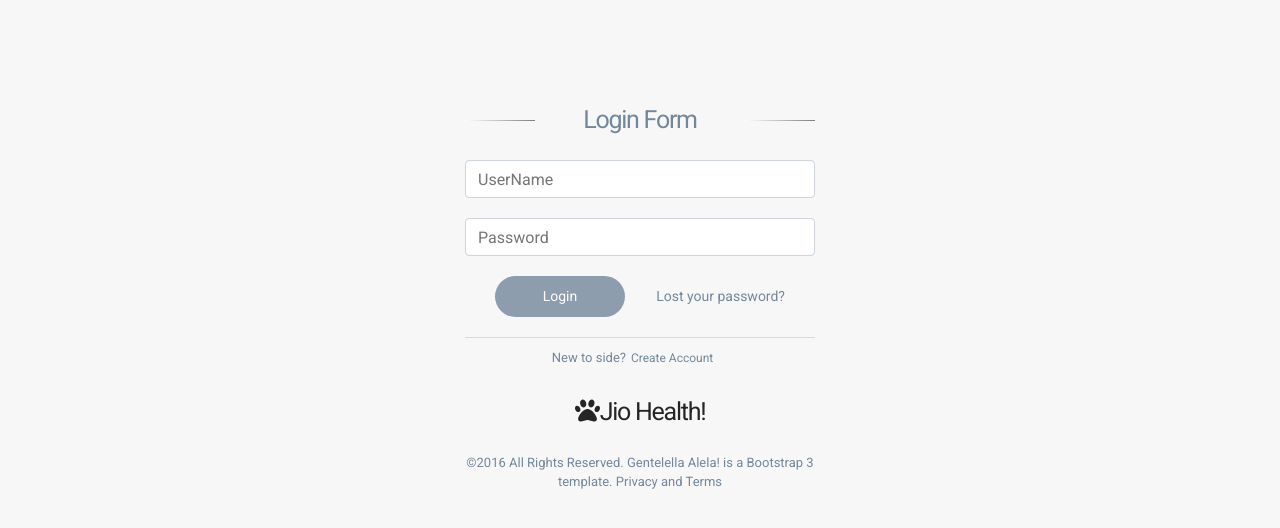
Repository: kuluong2000/doctorcare-admin
Page: /quan-tri/login
These files come from the project's save history. The page is drawn as it stood at one moment and after the next save; the edit follows.
The browser window is 1280 px wide. The pictures show the whole page.
The project was rebuilt for these pictures with package versions that can differ from the ones it lists, and the page was loaded fresh each time. Also part of the build but not shown: src/components/Layout/defaultLayout/defaultLayout.module.scss, src/components/Layout/SideBar/sidebar.module.scss, src/components/Layout/SideBar/SidebarItem.jsx, src/components/Layout/SideBar/SideMenu.jsx, src/components/Layout/SideBar/SideBar.jsx, src/redux/action.js, src/components/Layout/Popper/popper.module.scss, src/components/Layout/Popper/Wrapper.js and 11 more.

Above is the page before, as saved 2022-10-12 07:59:00.

### src/index.js
import React from "react";
import ReactDOM from "react-dom/client";
import { BrowserRouter } from "react-router-dom";
import App from "./App";

//redux
import thunk from "redux-thunk";
import { createStore, applyMiddleware, compose } from "redux";
import { Provider } from "react-redux";
import reducers from "./redux/store";

const composeEnhancers = window.__REDUX_DEVTOOLS_EXTENSION_COMPOSE__ || compose;
const store = createStore(reducers, composeEnhancers(applyMiddleware(thunk)));
const root = ReactDOM.createRoot(document.getElementById("root"));
root.render(
  <Provider store={store}>
    <React.StrictMode>
      <BrowserRouter>
        <App />
      </BrowserRouter>
    </React.StrictMode>
  </Provider>
);

### src/App.js
import React, { useEffect, useState } from "react";
import { Route, Routes } from "react-router-dom";
import DefaultLayout from "./components/Layout/defaultLayout/DefaultLayout";
import OnlyContent from "./components/Layout/OnlyContent/OnlyContent";
import routerPublic from "./router/routes";
import Loading from "./components/Loading/Loading";
import Home from "./components/Page/Home/Home";
// import lib bootstrap css
import "bootstrap/dist/css/bootstrap.min.css";
//import css

import "./assets/css/globalStyle.scss";
function App() {
  const [show, setShow] = useState(false);
  useEffect(() => {
    setTimeout(() => {
      setShow(true);
    }, 1000);
    return () => {
      setShow(false);
    };
  }, []);

  return (
    <div className="App">
      <React.Suspense fallback={show && <Loading classes={"dashed-loading"} />}>
        <Routes>
          {routerPublic.map((route, idx) => {
            let Page;
            let Layout = DefaultLayout;
            if (route.layout === "defaultLayout") {
              Page = Home;
            }
            if (route.layout === null) {
              Page = route.component;
            }
            if (route.layout === "onlyContent") {
              Layout = OnlyContent;
              Page = route.component;
            }
            return (
              <Route
                key={idx}
                path={route.path}
                element={
                  <Layout>
                    <Page></Page>
                  </Layout>
                }
              ></Route>
            );
          })}
        </Routes>
      </React.Suspense>
    </div>
  );
}

export default App;

### src/redux/store.js
import { combineReducers } from "redux";
import { sidebarToggle } from "./reducer/toggleSidebar";
import { modal } from "./reducer/modal";
export default combineReducers({
  sidebarToggle: sidebarToggle,
  modal: modal,
});

### src/components/Layout/OnlyContent/OnlyContent.jsx
import React from "react";
import classNames from "classnames/bind";

//import css

import styles from "./onlyContent.module.scss";

const cx = classNames.bind(styles);
export default function OnlyContent({ children }) {
  return <div className={cx("container")}>{children}</div>;
}

### src/router/routes.jsx
import React from "react";
const DefaultLayout = React.lazy(() => import("../components/Layout/defaultLayout/DefaultLayout"));
const Login = React.lazy(() => import("../components/Layout/Authen/Login"));
const Register = React.lazy(() => import("../components/Layout/Authen/Register"));
const Home = React.lazy(() => import("../components/Page/Home/Home"));
const Doctor = React.lazy(() => import("../components/Page/Doctor/Doctor"));

const ErrorPage = React.lazy(() => {
  return new Promise((resolve) => {
    setTimeout(() => resolve(import("../components/Page/ErrorPage/ErrorPage")), 300);
  });
});
const routerPublic = [
  {
    path: "/quan-tri",

    component: DefaultLayout,
    layout: "defaultLayout",
  },
  {
    path: "/home",
    component: Home,
    layout: null,
  },
  {
    path: "/quan-tri/quan-ly-bac-si",
    component: Doctor,
    layout: null,
  },

  {
    path: "/quan-tri/login",
    component: Login,
    layout: "onlyContent",
  },
  {
    path: "/quan-tri/register",
    component: Register,
    layout: "onlyContent",
  },
  {
    path: "*",
    component: ErrorPage,
    layout: null,
  },
];

export default routerPublic;

### src/assets/css/globalStyle.scss
@import url("https://fonts.googleapis.com/css2?family=Poppins:ital,wght@0,300;0,400;0,500;0,600;0,700;1,300;1,400;1,500;1,600;1,700&family=Roboto:wght@300;400;500;700&display=swap");
* {
  margin: 0;
  padding: 0;
  box-sizing: border-box;
}
:root {
  //color
  --text-color: #4a4a4a;
  --color-green: #1dcbb6;
  --color-blue: #2320d4;
  --color-white: #fff;
  --color-dark-blue: #111c63;
  --color-gray: #999;

  //font
  --primary-font: Poppins, sans-serif;
  --font-awesome: FontAwesome;
}
body {
  font-size: 14px;
  font-family: "Roboto", sans-serif;
  font-weight: 400;
  color: #212529;
}
p,
h2 {
  padding: 0;
  margin: 0;
}
button,
input {
  outline: none;
  border: none;
}
dl,
ol,
ul {
  margin: 0;
  padding: 0;
}
a {
  text-decoration: none;
  color: inherit;
}

### src/redux/reducer/toggleSidebar.js
import * as actionType from "../actionType";

const initialState = {
  classes: "",
  loading: false,
};

export function sidebarToggle(state = initialState, action) {
  switch (action.type) {
    case actionType.SHOW_SIDEBAR:
      return {
        ...state,
        classes: action.payload,
      };
    case actionType.HIDE_SIDEBAR:
      return {
        ...state,
        classes: action.payload,
      };
    default:
      return state;
  }
}

### src/redux/reducer/modal.js
import * as actionType from "../actionType";
const initialState = {
  modal: { show: false },
  comp: [],
};

export function modal(state = initialState, action) {
  switch (action.type) {
    case actionType.OPEN_MODAL:
      return {
        ...state,
        modal: { show: true },
        comp: action.payload,
      };
    case actionType.CLOSE_MODAL:
      return {
        ...state,
        modal: { show: false },
      };
    default:
      return state;
  }
}

### src/components/Layout/OnlyContent/onlyContent.module.scss
.container {
    width: 100%;
    height: 100%;
}

### src/components/Layout/Authen/Login.jsx
import React from "react";
import classNames from "classnames/bind";
import { FontAwesomeIcon } from "@fortawesome/react-fontawesome";
import { faPaw } from "@fortawesome/free-solid-svg-icons";
import { Link } from "react-router-dom";
//import css
import styles from "./authen.module.scss";
const cx = classNames.bind(styles);
export default function Login() {
  return (
    <div className={cx("wrapper")}>
      <form className={cx("form")}>
        <h1 className={cx("form-title")}>Login Form</h1>
        <div>
          <input type="text" placeholder="UserName" className={cx("form-control")} />
        </div>

        <div>
          <input type="password" placeholder="Password" className={cx("form-control")} required />
        </div>
        <div className={cx("form-action")}>
          <Link to="/" className={cx("form-btn", "form-btn__signin")}>
            Login
          </Link>
          <p>Lost your password?</p>
        </div>
        <div className={cx("form-separator")}>
          <div className={cx("form-change-link")}>
            New to side?
            <Link to={"/register"}>Create Account</Link>
          </div>
        </div>
        <div className={cx("form-info")}>
          <h1 className={cx("form-branch")}>
            <FontAwesomeIcon icon={faPaw}></FontAwesomeIcon>
            Jio Health!
          </h1>
          <p className={cx("form-desc")}>©2016 All Rights Reserved. Gentelella Alela! is a Bootstrap 3 template. Privacy and Terms</p>
        </div>
      </form>
    </div>
  );
}

### src/components/Loading/loading.module.scss
:root {
    --blue: #8be9fd;
    --purple: #bd93f9;
}
.wrapper {
    width: 100%;
    height: 100vh;
    display: flex !important;
    align-items: center;
    justify-content: center;
    // background-color: rgb(40, 20, 20, 0.8);
    background-color: transparent;
}
// #######################################################
// dashed-loading
// #########################################
.dashed-loading {
    position: relative;
    height: 50px;
}
.dashed-loading:after,
.dashed-loading:before {
    content: "";
    position: absolute;
    top: 0;
    left: 0;
    border-radius: 50%;
    width: 50px;
    height: 50px;
}
.dashed-loading:before {
    z-index: 5;
    border: 3px dashed var(--blue);
    border-left: 3px solid transparent;
    border-bottom: 3px solid transparent;
    -webkit-animation: dashed 1s linear infinite;
    animation: dashed 1s linear infinite;
}
.dashed-loading:after {
    z-index: 10;
    border: 3px solid var(--blue);
    border-left: 3px solid transparent;
    border-bottom: 3px solid transparent;
    -webkit-animation: dashed 1s ease infinite;
    animation: dashed 1s ease infinite;
}
@keyframes dashed {
    to {
        transform: rotate(360deg);
    }
}

// #######################################################
// circle-loading
// #########################################
.circle-loading2 {
    display: inline-flex;
    animation: loading2 1s infinite;
    div {
        width: 30px;
        height: 30px;
        border: 2px solid var(--purple);
        border-radius: 50%;
        margin: 0 5px;
    }
}
@keyframes loading2 {
    50% {
        transform: rotate(200deg);
    }
    75% {
        transform: rotate(160deg);
    }
    100% {
        transform: rotate(180deg);
    }
}

### src/redux/actionType.js
export const SHOW_SIDEBAR = "SHOW_SIDEBAR";
export const HIDE_SIDEBAR = "HIDE_SIDEBAR";
export const OPEN_MODAL = "OPEN_MODAL";
export const CLOSE_MODAL = "CLOSE_MODAL";

### src/components/Layout/Authen/authen.module.scss
.wrapper {
    width: 100%;
    height: 100vh;
    display: block;
    background: #f7f7f7;
    text-align: center;
    color: #73879c;
}

.form {
    width: 350px;
    height: max-content;
    display: block;
    margin: 0 auto;
    padding-top: 100px;
    &-title {
        letter-spacing: -0.05em;
        line-height: 20px;
        margin: 10px 0 30px;
        position: relative;
        font-size: 25px;
        color: #73879c;
        font-weight: 400;
        &::before,
        &::after {
            content: "";
            height: 1px;
            position: absolute;
            top: 10px;
            width: 20%;
            background: linear-gradient(to left, #7e7e7e 0%, #fff 100%);
        }
        &::before {
            left: 0;
        }
        &::after {
            right: 0;
        }
    }
    &-control {
        display: block;
        width: 100%;
        height: calc(1.5em + 0.75rem + 2px);
        padding: 0.375rem 0.75rem;
        font-size: 1rem;
        font-weight: 400;
        line-height: 1.5;
        color: #495057;
        background-color: #fff;
        background-clip: padding-box;
        border: 1px solid #ced4da;
        border-radius: 0.25rem;
        transition: border-color 0.15s ease-in-out, box-shadow 0.15s ease-in-out;
        margin-bottom: 20px;
        &:focus {
            background-color: #fff;
            border: 1px solid #a878af;
            outline: none;
        }
    }
    &-action {
        display: flex;
        align-items: center;
        justify-content: space-between;
        padding: 0 30px 0;

        margin-top: 15px;

        span {
            color: #5a738e;
            cursor: pointer;

            &:hover {
                text-decoration: underline;
            }
        }
    }
    &-btn {
        background-color: rgb(115, 135, 156, 0.8);
        outline: none;
        border: none;
        width: 130px;
        padding: 10px 30px;
        color: white;
        border-radius: 9999px;
        cursor: pointer;
        &__signin {
            &:hover {
                color: white;
            }
        }
        &__signup {
            width: 100%;
            &:hover {
                color: white;
            }
        }
    }
    &-separator {
        border-top: 1px solid #d8d8d8;
        margin-top: 20px;
        padding-top: 10px;
    }
    &-change-link {
        font-size: 13px;
        a {
            font-size: 12px;
            margin: 10px 15px 0 5px;
        }
    }
    &-info {
        margin-top: 30px;
    }
    &-branch {
        font-size: 25px;
        letter-spacing: -0.05em;
        line-height: 20px;
        margin: 10px 0 30px;
        font-weight: 400;
    }
    &-desc {
        font-size: 13px;
    }
}

Loaded but not shown: public/index.html (common file)

After the next save:
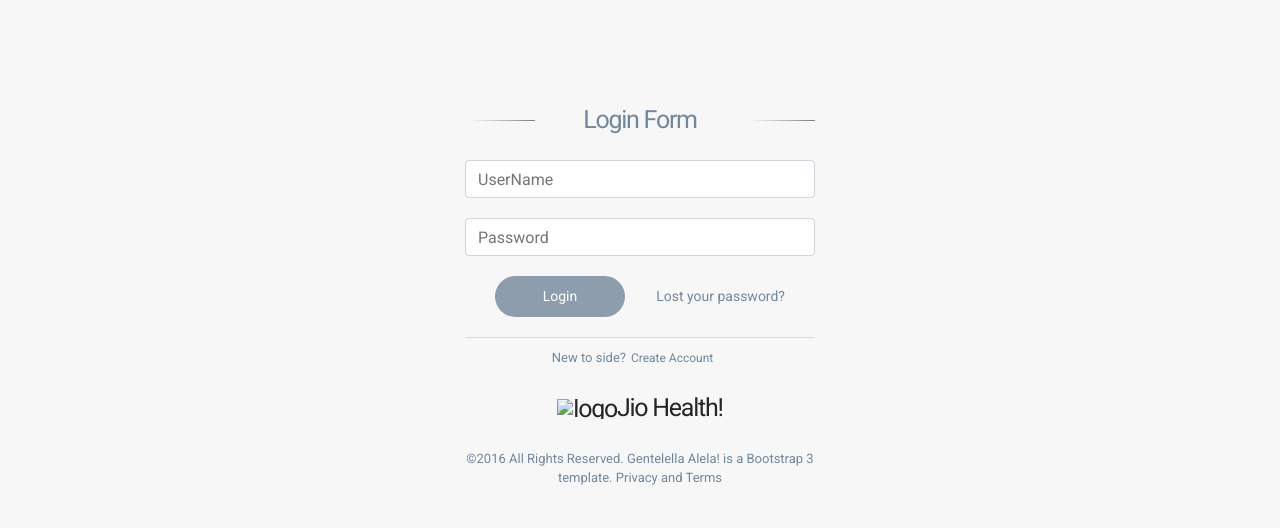
Saved 4 min 2 s later.
--- a/src/components/Layout/Authen/Login.jsx
+++ b/src/components/Layout/Authen/Login.jsx
@@ -32,7 +32,7 @@ export default function Login() {
         </div>
         <div className={cx("form-info")}>
           <h1 className={cx("form-branch")}>
-            <FontAwesomeIcon icon={faPaw}></FontAwesomeIcon>
+            <img src={require("./../../../assets/images/logo.svg").default} alt="logo" />
             Jio Health!
           </h1>
           <p className={cx("form-desc")}>©2016 All Rights Reserved. Gentelella Alela! is a Bootstrap 3 template. Privacy and Terms</p>
